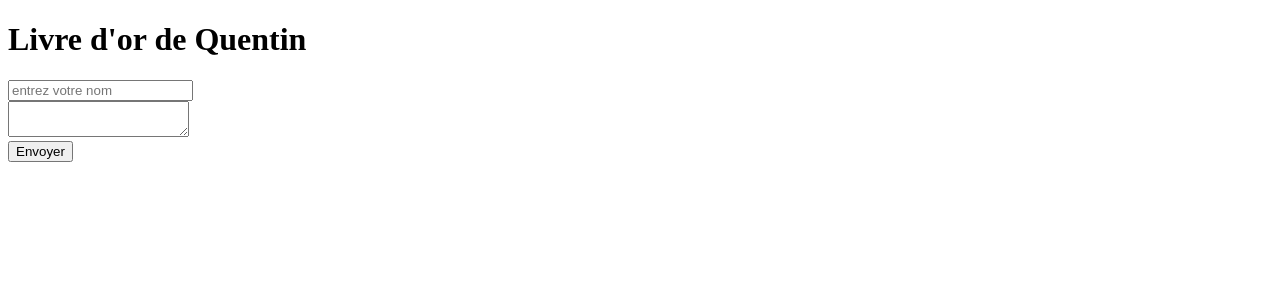
Repository: QuentinFayt/base-php-2021
Page: http://localhost/09-exemple-db.php
These files come from the project's save history. The page is drawn as it stood at one moment and after the next save; the edit follows.
The browser window is 1280 px wide. The pictures show the whole page.
The page is run by PHP 8.4 with error messages shown; the project is at /var/www/html/.

Above is the page before, as saved 2021-07-09 11:25:12.

After the next save:
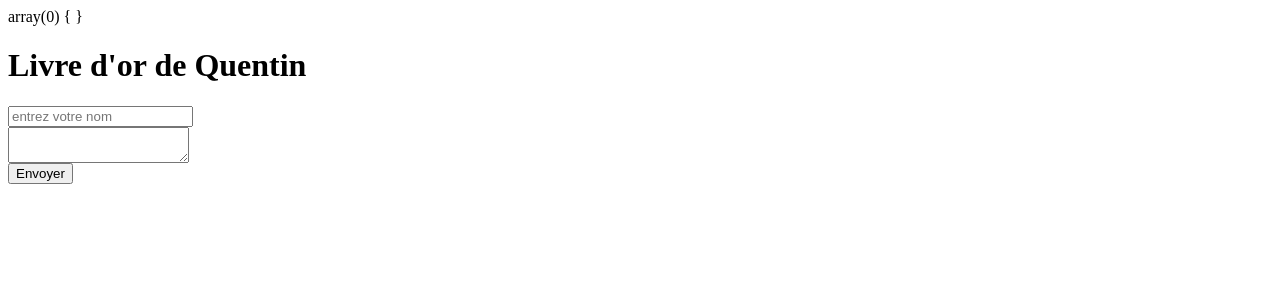
Saved 41 s later.
--- a/09-exemple-db.php
+++ b/09-exemple-db.php
@@ -1,3 +1,6 @@
+<?php
+    var_dump($_POST);
+?>
 <!DOCTYPE html>
 <html lang="en">
     <head>
